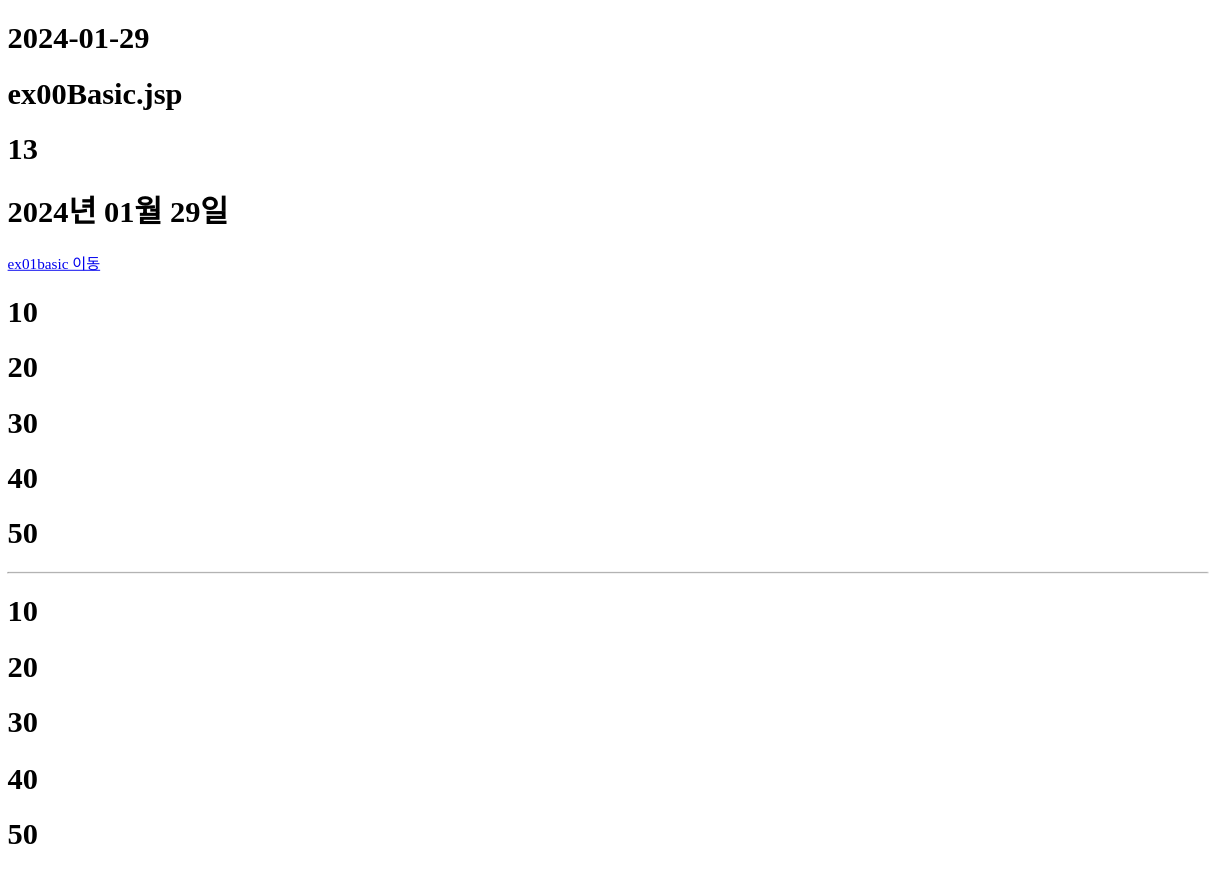
Repository: pyeonm30/PYMjspWorkspace
Page: http://localhost/basicJSP/ex00basic.jsp
The author's editor kept a copy of each file at every save. The page is drawn from the files as they stood at one save, then again after the next save.
The browser window is 1280 px wide. The pictures show the whole page, at 95% of full size.
The page is served by Tomcat 9. Other server files are loaded and not shown.

Above is the page before, as saved 2024-01-29 08:36:38.

### basicJSP/src/main/webapp/ex00basic.jsp
<%@page import="java.time.format.DateTimeFormatter"%>
<%@page import="java.time.LocalDate"%>
<%@ page language="java" contentType="text/html; charset=UTF-8"
    pageEncoding="UTF-8" trimDirectiveWhitespaces="true"%>
<!DOCTYPE html>
<html>
<head>
<meta charset="UTF-8">
<title>Insert title here</title>
<%--
	[1] JSP는 자바 서버 페이지의 약자이다.

	[2] JSP의 역할
		HTML 페이지에서 아래 4개의 태그를 추가로 사용할 수 있다.

		(1) 지시자(Directive) 태그			<%@ %>
		(2) 표현식(Expression) 태그		    <%= %>  == oup.print() 결과 String
		(3) 스크립트릿(Scriptlet) 태그		<%  %>
		(4) 선언자(Declaration) 태그		<%! %>		(사용하지 않음)
 --%>

<%
   LocalDate today = LocalDate.now();
	System.out.println(today);
	out.println("<h1>" + today +"</h1>");
	String now = today.format(DateTimeFormatter.ofPattern("yyyy년 MM월 dd일"));

%>

</head>
<body>
<h1> ex00Basic.jsp</h1>

<%
   int[] arr = {10,20,30,40,50};

// 스크립트릿 태그 안에서는 자바랑 똑같이 사용할 수 있다
   int num = 3 + 10;
%>

<h1> <%= num %> </h1>
<h1> <%= now %></h1>
<a href="./ex01basic.html"> ex01basic 이동 </a>


<%
	for(int i =0; i < arr.length; i+=1){
		out.println("<h1>"+ arr[i]+" </h1>");
	}

%>

<hr>

<% 	for(int i =0; i < arr.length; i+=1){ %>
<h1> <%= arr[i] %> </h1>
<%} %>

</body>
</html>

After the next save:
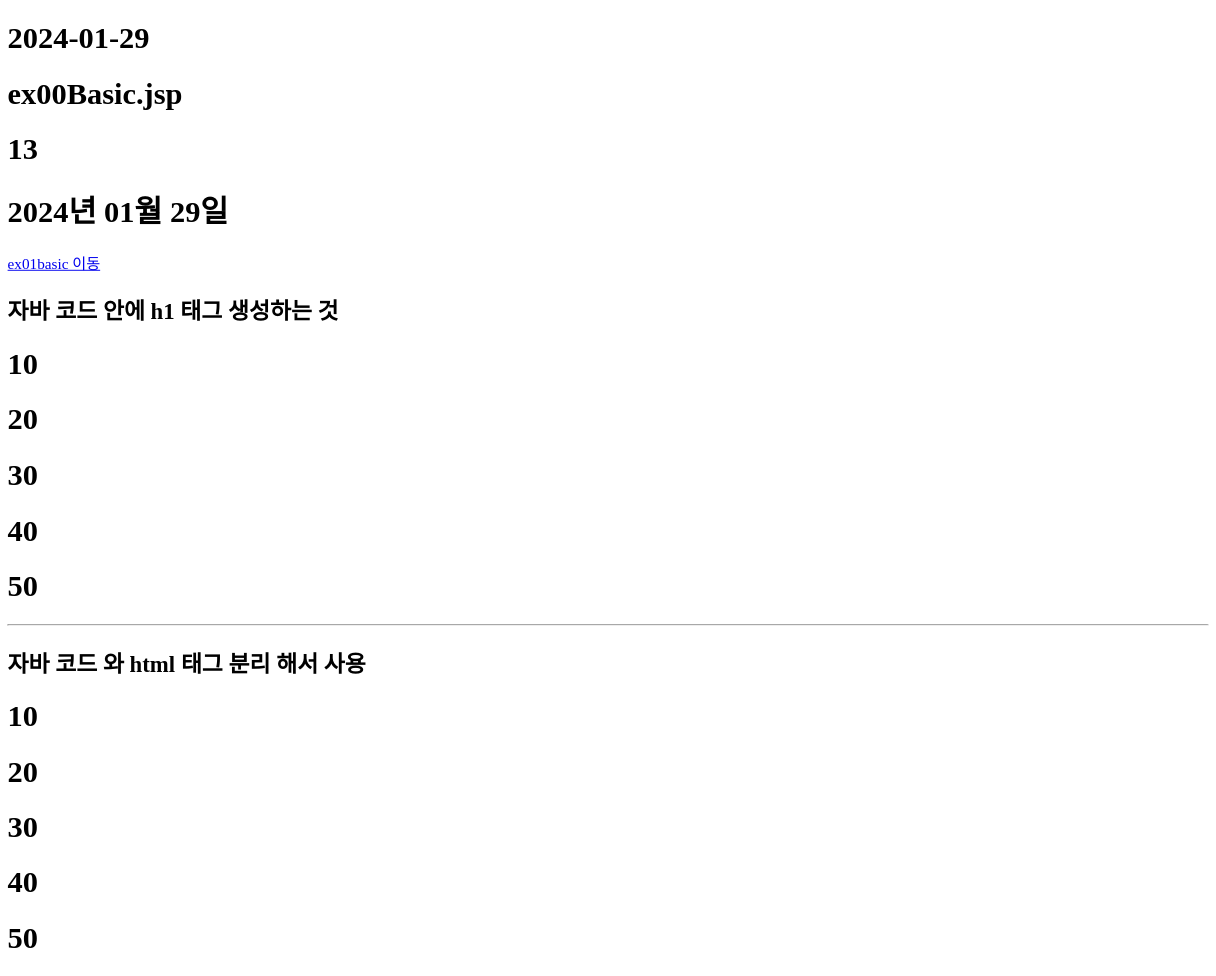
Saved 2 min 1 s later.
--- a/basicJSP/src/main/webapp/ex00basic.jsp
+++ b/basicJSP/src/main/webapp/ex00basic.jsp
@@ -42,6 +42,7 @@
 <h1> <%= now %></h1>
 <a href="./ex01basic.html"> ex01basic 이동 </a>
 
+<h2> 자바 코드 안에 h1 태그 생성하는 것 </h2>
 
 <%
 	for(int i =0; i < arr.length; i+=1){
@@ -52,8 +53,12 @@
 
 <hr>
 
+<h2> 자바 코드 와 html 태그 분리 해서 사용 </h2>
+
 <% 	for(int i =0; i < arr.length; i+=1){ %>
+
 <h1> <%= arr[i] %> </h1>
+
 <%} %>
 
 </body>
